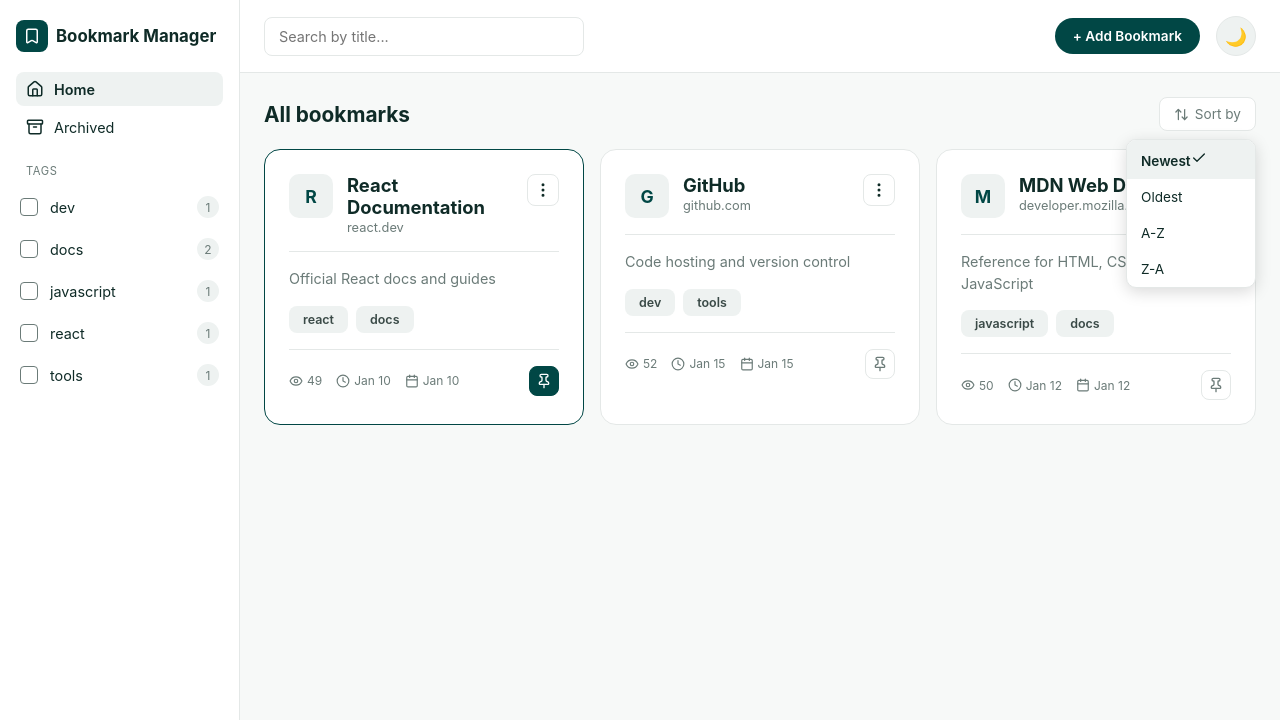
Repository: K0k1M4r/Big-Game-React
Page: /, after clicking the first element matching `button.sort-trigger`
These files come from the project's save history. The page is drawn as it stood at one moment and after the next save; the edit follows.
The browser window is 1280 px wide. The pictures show the whole page.
The project was rebuilt for these pictures with package versions that can differ from the ones it lists, and the page was loaded fresh each time. Also part of the build but not shown: vite.config.js, src/components/Modal.jsx, src/components/BookmarkForm.jsx.

Above is the page before, as saved 2026-09-23 21:10:41.

After the next save:
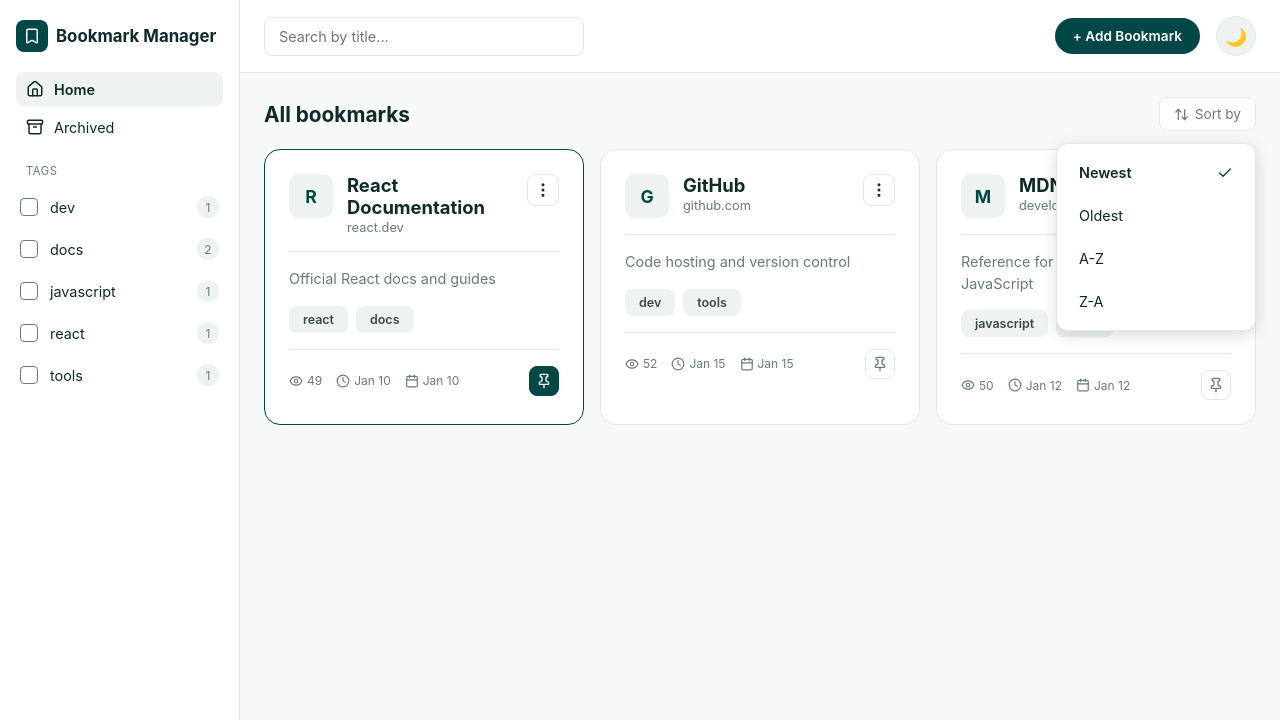
Saved 26 s later.
--- a/src/index.css
+++ b/src/index.css
@@ -353,25 +353,30 @@
 
 .sort-dropdown {
   position: absolute;
-  top: 42px;
+  top: 46px;
   right: 0;
   background-color: var(--card-bg);
   border: 1px solid var(--border-color);
-  border-radius: 10px;
+  border-radius: 12px;
   box-shadow: 0 4px 16px rgba(0, 0, 0, 0.15);
   display: flex;
   flex-direction: column;
-  min-width: 130px;
+  min-width: 200px;
+  padding: 8px;
+  gap: 2px;
   overflow: hidden;
   z-index: 10;
 }
 
 .sort-dropdown button {
+  display: flex;
+  align-items: center;
+  justify-content: space-between;
   border: none;
-  border-radius: 0;
+  border-radius: 8px;
   text-align: left;
-  padding: 10px 14px;
-  font-size: 0.85rem;
+  padding: 12px 14px;
+  font-size: 0.9rem;
   background: transparent;
   color: var(--text-color);
 }
@@ -381,8 +386,11 @@
 }
 
 .sort-dropdown button.active {
-  background-color: var(--tag-bg);
   font-weight: 600;
+}
+
+.sort-dropdown button.active svg {
+  color: var(--accent-color);
 }
 
 /* ===== Bookmark List & Card ===== */
